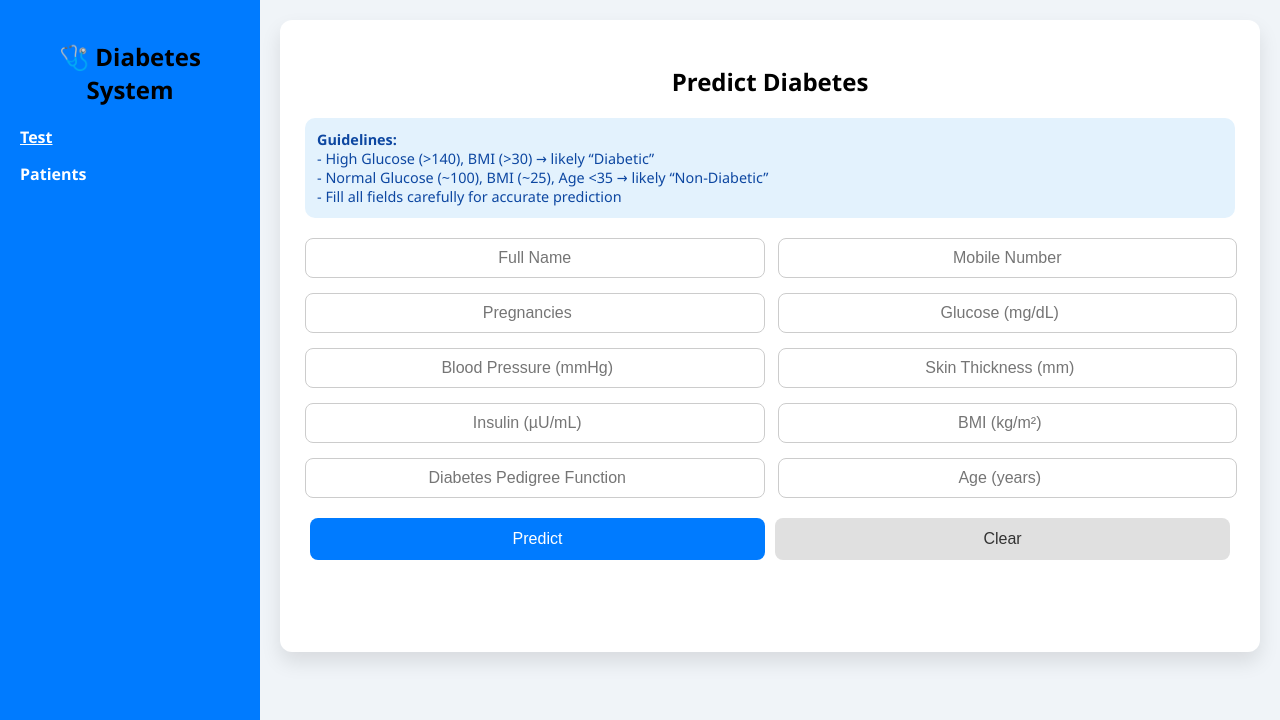
Repository: Aman14150/diabetes-prediction-system
Page: http://localhost/
These files come from the project's save history. The page is drawn as it stood at one moment and after the next save; the edit follows.
The browser window is 1280 px wide. The pictures show the whole page.
The page is served by the project's application, run on Flask 3 (app.py).

Above is the page before, as saved 2025-10-07 19:51:06.

### templates/index.html
<!DOCTYPE html>
<html lang="en">
<head>
    <meta charset="UTF-8">
    <title>Diabetes Prediction</title>
    <link rel="stylesheet" href="{{ url_for('static', filename='style.css') }}">
</head>
<body>
<div class="container">
    <aside class="sidebar">
        <h2>🩺 Diabetes System</h2>
        <ul>
            <li><a href="/" class="{% if not show_patients %}active{% endif %}">Test</a></li>
            <li><a href="/patients" class="{% if show_patients %}active{% endif %}">Patients</a></li>
        </ul>
    </aside>

    <main class="content">
        {% if not show_patients %}
        <!-- Test Form -->
        <div class="card">
            <h2>Predict Diabetes</h2>
            <div class="guidelines">
                <strong>Guidelines:</strong><br>
                - High Glucose (>140), BMI (>30) → likely “Diabetic”<br>
                - Normal Glucose (~100), BMI (~25), Age <35 → likely “Non-Diabetic”<br>
                - Fill all fields carefully for accurate prediction
            </div>

            <form id="diabetesForm" action="/predict" method="post">
                <input type="text" name="name" placeholder="Full Name" required>
                <input type="tel" name="mobile" placeholder="Mobile Number" required>
                <input type="number" name="Pregnancies" placeholder="Pregnancies" step="any" required>
                <input type="number" name="Glucose" placeholder="Glucose (mg/dL)" step="any" required>
                <input type="number" name="BloodPressure" placeholder="Blood Pressure (mmHg)" step="any" required>
                <input type="number" name="SkinThickness" placeholder="Skin Thickness (mm)" step="any" required>
                <input type="number" name="Insulin" placeholder="Insulin (µU/mL)" step="any" required>
                <input type="number" name="BMI" placeholder="BMI (kg/m²)" step="any" required>
                <input type="number" name="DiabetesPedigreeFunction" placeholder="Diabetes Pedigree Function" step="any" required>
                <input type="number" name="Age" placeholder="Age (years)" step="any" required>

                <div class="button-group">
                    <button type="submit" id="predictBtn">Predict</button>
                    <button type="button" id="clearBtn">Clear</button>
                </div>

                {% if prediction_text %}
                <div class="prediction">{{ prediction_text }}</div>
                {% else %}
                <div class="prediction">&nbsp;</div>
                {% endif %}
            </form>
        </div>
        {% else %}
        <!-- Patients Table -->
        <div class="card">
            <h2>Patients List</h2>
            <table>
                <thead>
                <tr>
                    {% for col in patient_columns %}
                        <th>{{ col|capitalize }}</th>
                    {% endfor %}
                    <th>Action</th>
                </tr>
                </thead>
                <tbody>
                {% for row in patient_data %}
                    <tr>
                        {% for item in row %}
                            <td>{{ item }}</td>
                        {% endfor %}
                        <td>
                            <form action="{{ url_for('delete_patient', patient_id=row[0]) }}" method="post">
                                <button type="submit" class="delete-btn">Delete</button>
                            </form>
                        </td>
                    </tr>
                {% endfor %}
                </tbody>
            </table>
        </div>
        {% endif %}
    </main>
</div>

<script>
    document.getElementById('clearBtn')?.addEventListener('click', function () {
        document.getElementById('diabetesForm')?.reset();
    });
</script>
</body>
</html>

### app.py
from flask import Flask, render_template, request, redirect, url_for
import joblib
import pandas as pd
import mysql.connector

app = Flask(__name__)

# MySQL Connection
db = mysql.connector.connect(
    host="127.0.0.1",
    port=3307,
    user="amanR",
    password="Mysql@150",
    database="diabetes_db"
)
cursor = db.cursor()
print("Database Connected successfully ✅")

# Load model & scaler
model = joblib.load("diabetes_model.pkl")
scaler = joblib.load("scaler.pkl")

@app.route('/')
def home():
    return render_template('index.html', prediction_text=None, show_patients=False)

@app.route('/predict', methods=['POST'])
def predict():
    try:
        # Personal info
        name = request.form['name']
        mobile = request.form['mobile']

        # Health data
        data = [float(request.form[key]) for key in [
            "Pregnancies","Glucose","BloodPressure","SkinThickness",
            "Insulin","BMI","DiabetesPedigreeFunction","Age"
        ]]
        input_df = pd.DataFrame([data], columns=[
            "Pregnancies","Glucose","BloodPressure","SkinThickness",
            "Insulin","BMI","DiabetesPedigreeFunction","Age"
        ])
        scaled_input = scaler.transform(input_df)
        prediction = model.predict(scaled_input)[0]
        result = "Diabetic" if prediction == 1 else "Non-Diabetic"

        # Save to MySQL
        sql = """INSERT INTO patients
                 (name, mobile, pregnancies, glucose, blood_pressure, skin_thickness, insulin, bmi, dpf, age, prediction)
                 VALUES (%s,%s,%s,%s,%s,%s,%s,%s,%s,%s,%s)"""
        cursor.execute(sql, (name, mobile, *data, result))
        db.commit()

        return render_template('index.html', prediction_text=f"Prediction: 🩺 {result}", show_patients=False)

    except Exception as e:
        return render_template('index.html', prediction_text=f"Error: {str(e)}", show_patients=False)

@app.route('/patients')
def patients():
    cursor.execute("SELECT * FROM patients")
    rows = cursor.fetchall()
    columns = [desc[0] for desc in cursor.description]
    return render_template('index.html', patient_data=rows, patient_columns=columns, show_patients=True)

@app.route('/delete/<int:patient_id>', methods=['POST'])
def delete_patient(patient_id):
    cursor.execute("DELETE FROM patients WHERE id=%s", (patient_id,))
    db.commit()
    return redirect(url_for('patients'))

if __name__ == '__main__':
    app.run(debug=True)

### static/style.css
body {
    font-family: 'Segoe UI', Tahoma, Geneva, Verdana, sans-serif;
    margin: 0;
    padding: 0;
    background: #f0f4f8;
}

.container {
    display: flex;
    min-height: 100vh;
}

.sidebar {
    width: 220px;
    background: #007BFF;
    color: white;
    padding: 20px;
}

.sidebar h2 {
    /* text-align: center; */
    margin-bottom: 20px;
}

.sidebar ul {
    list-style: none;
    padding: 0;
}

.sidebar ul li {
    margin: 15px 0;
}

.sidebar ul li a {
    color: white;
    text-decoration: none;
    font-weight: bold;
}

.sidebar ul li a.active, .sidebar ul li a:hover {
    text-decoration: underline;
}

.content {
    flex: 1;
    padding: 20px;
}

.card {
    background: white;
    padding: 25px;
    border-radius: 12px;
    box-shadow: 0 10px 20px rgba(0,0,0,0.1);
}

h2 {
    text-align: center;
    color: #000000;
}

.guidelines {
    background-color: #e3f2fd;
    color: #0d47a1;
    padding: 12px;
    border-radius: 10px;
    margin-bottom: 20px;
    font-size: 0.9rem;
    text-align: left;
}

form {
    display: grid;
    grid-template-columns: 1fr 1fr;
    gap: 15px;
}

input {
    width: 100%;
    padding: 10px 0px;
    border-radius: 8px;
    border: 1px solid #ccc;
    font-size: 1rem;
    text-align: center;
}

input:focus {
    outline: none;
    border-color: #007BFF;
    box-shadow: 0 0 5px rgba(0,123,255,0.5);
}

.button-group {
    grid-column: span 2;
    display: flex;
    justify-content: space-between;
}

button {
    padding: 12px;
    font-size: 1rem;
    border-radius: 8px;
    border: none;
    cursor: pointer;
    flex: 1;
    margin: 5px;
    transition: background-color 0.3s ease;
}

#predictBtn {
    background-color: #007BFF;
    color: white;
}

#predictBtn:hover {
    background-color: #0056b3;
}

#clearBtn {
    background-color: #e0e0e0;
    color: #333;
}

#clearBtn:hover {
    background-color: #bdbdbd;
}

.prediction {
    grid-column: span 2;
    text-align: center;
    margin-top: 20px;
    font-size: 1.2rem;
    font-weight: bold;
    color: #007BFF;
}

table {
    width: 100%;
    border-collapse: collapse;
}

table, th, td {
    border: 1px solid #ccc;
}

th, td {
    padding: 10px;
    text-align: center;
}

th {
    background: #007BFF;
    color: white;
}

After the next save:
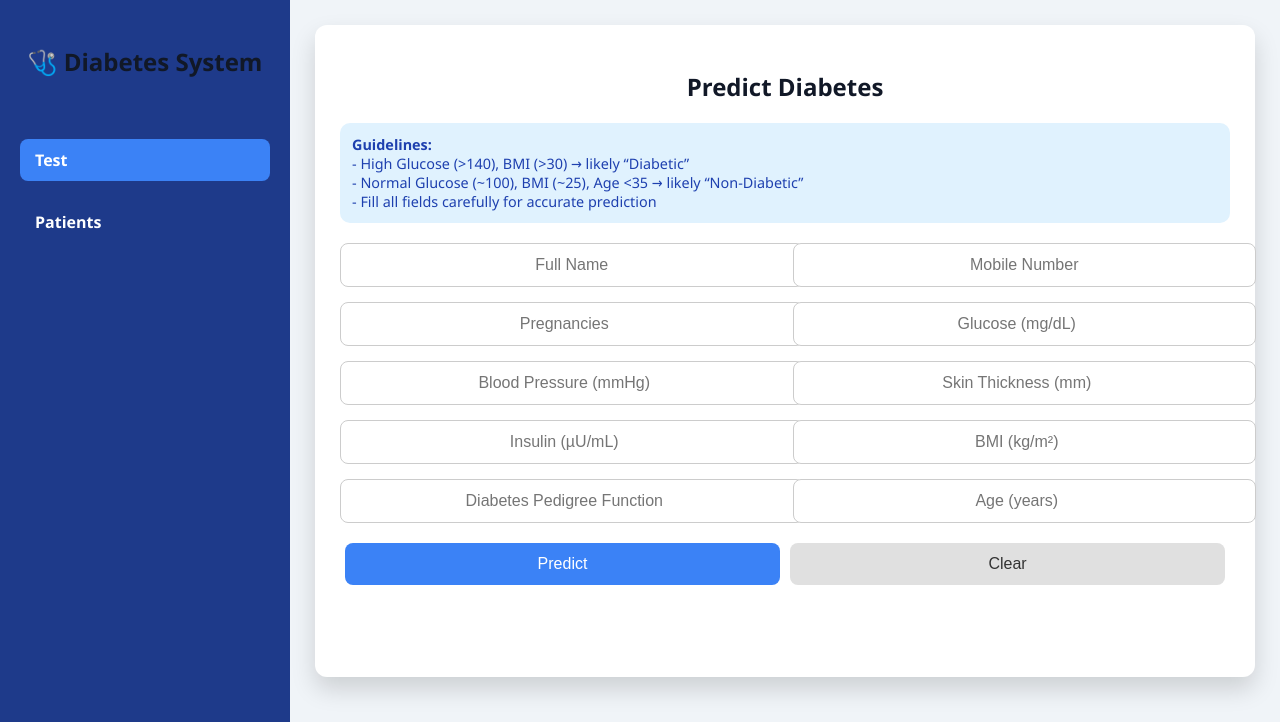
Saved 34 s later.
--- a/static/style.css
+++ b/static/style.css
@@ -2,7 +2,7 @@ body {
     font-family: 'Segoe UI', Tahoma, Geneva, Verdana, sans-serif;
     margin: 0;
     padding: 0;
-    background: #f0f4f8;
+    background: linear-gradient(135deg,#f0f4f8,#d9e2ec);
 }
 
 .container {
@@ -11,56 +11,66 @@ body {
 }
 
 .sidebar {
-    width: 220px;
-    background: #007BFF;
+    width: 250px;
+    background: #1e3a8a;
     color: white;
-    padding: 20px;
+    padding: 25px 20px;
+    display: flex;
+    flex-direction: column;
 }
 
 .sidebar h2 {
-    /* text-align: center; */
-    margin-bottom: 20px;
+    text-align: center;
+    margin-bottom: 25px;
+    font-size: 1.5rem;
 }
 
 .sidebar ul {
     list-style: none;
     padding: 0;
+    flex: 1;
 }
 
 .sidebar ul li {
-    margin: 15px 0;
+    margin: 20px 0;
 }
 
 .sidebar ul li a {
     color: white;
     text-decoration: none;
     font-weight: bold;
+    display: block;
+    padding: 10px 15px;
+    border-radius: 8px;
+    transition: background 0.3s;
 }
 
 .sidebar ul li a.active, .sidebar ul li a:hover {
-    text-decoration: underline;
+    background: #3b82f6;
 }
 
 .content {
     flex: 1;
-    padding: 20px;
+    padding: 25px;
+    background: #f0f4f8;
 }
 
 .card {
     background: white;
     padding: 25px;
     border-radius: 12px;
-    box-shadow: 0 10px 20px rgba(0,0,0,0.1);
+    box-shadow: 0 12px 25px rgba(0,0,0,0.15);
+    margin-bottom: 20px;
 }
 
 h2 {
     text-align: center;
-    color: #000000;
+    color: #111827;
 }
 
 .guidelines {
-    background-color: #e3f2fd;
-    color: #0d47a1;
+    background-color: #e0f2fe;
+    color: #1e40af;
     padding: 12px;
     border-radius: 10px;
     margin-bottom: 20px;
@@ -76,7 +86,7 @@ form {
 
 input {
     width: 100%;
-    padding: 10px 0px;
+    padding: 12px;
     border-radius: 8px;
     border: 1px solid #ccc;
     font-size: 1rem;
@@ -85,8 +95,8 @@ input {
 
 input:focus {
     outline: none;
-    border-color: #007BFF;
-    box-shadow: 0 0 5px rgba(0,123,255,0.5);
+    border-color: #3b82f6;
+    box-shadow: 0 0 5px rgba(59,130,246,0.5);
 }
 
 .button-group {
@@ -107,12 +117,12 @@ button {
 }
 
 #predictBtn {
-    background-color: #007BFF;
+    background-color: #3b82f6;
     color: white;
 }
 
 #predictBtn:hover {
-    background-color: #0056b3;
+    background-color: #1e40af;
 }
 
 #clearBtn {
@@ -130,7 +140,7 @@ button {
     margin-top: 20px;
     font-size: 1.2rem;
     font-weight: bold;
-    color: #007BFF;
+    color: #3b82f6;
 }
 
 table {
@@ -143,11 +153,25 @@ table, th, td {
 }
 
 th, td {
-    padding: 10px;
+    padding: 12px;
     text-align: center;
 }
 
 th {
-    background: #007BFF;
+    background: #3b82f6;
     color: white;
 }
+
+.delete-btn {
+    background: #ef4444;
+    color: white;
+    padding: 6px 12px;
+    border-radius: 6px;
+    border: none;
+    cursor: pointer;
+    transition: 0.3s;
+}
+
+.delete-btn:hover {
+    background: #b91c1c;
+}
